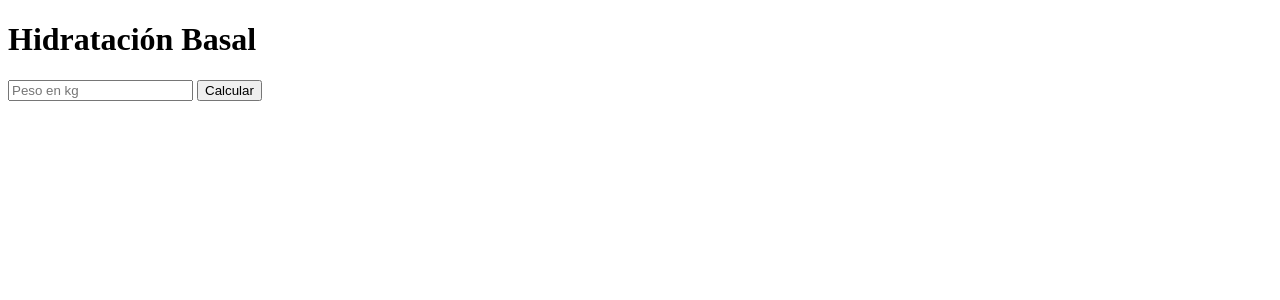
Repository: Fredy452/calculadora_basal
Page: index.html
The author's editor kept a copy of each file at every save. The page is drawn from the files as they stood at one save, then again after the next save.
The browser window is 1280 px wide. The pictures show the whole page.

Above is the page before, as saved 2023-04-20 07:16:48.

After the next save:
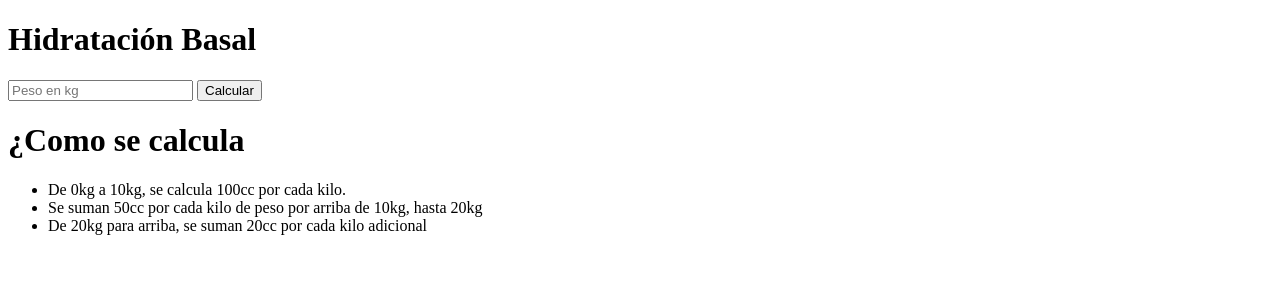
Saved 16 min 36 s later.
--- a/index.html
+++ b/index.html
@@ -10,5 +10,11 @@
     <h1>Hidratación Basal</h1>
     <input type="number" name="peso" id="peso" placeholder="Peso en kg">
     <button>Calcular</button>
+    <h1>¿Como se calcula</h1>
+    <ul>
+        <li>De 0kg a 10kg, se calcula 100cc por cada kilo.</li>
+        <li>Se suman 50cc por cada kilo de peso por arriba de 10kg, hasta 20kg</li>
+        <li>De 20kg para arriba, se suman 20cc por cada kilo adicional</li>
+    </ul>
 </body>
 </html>
